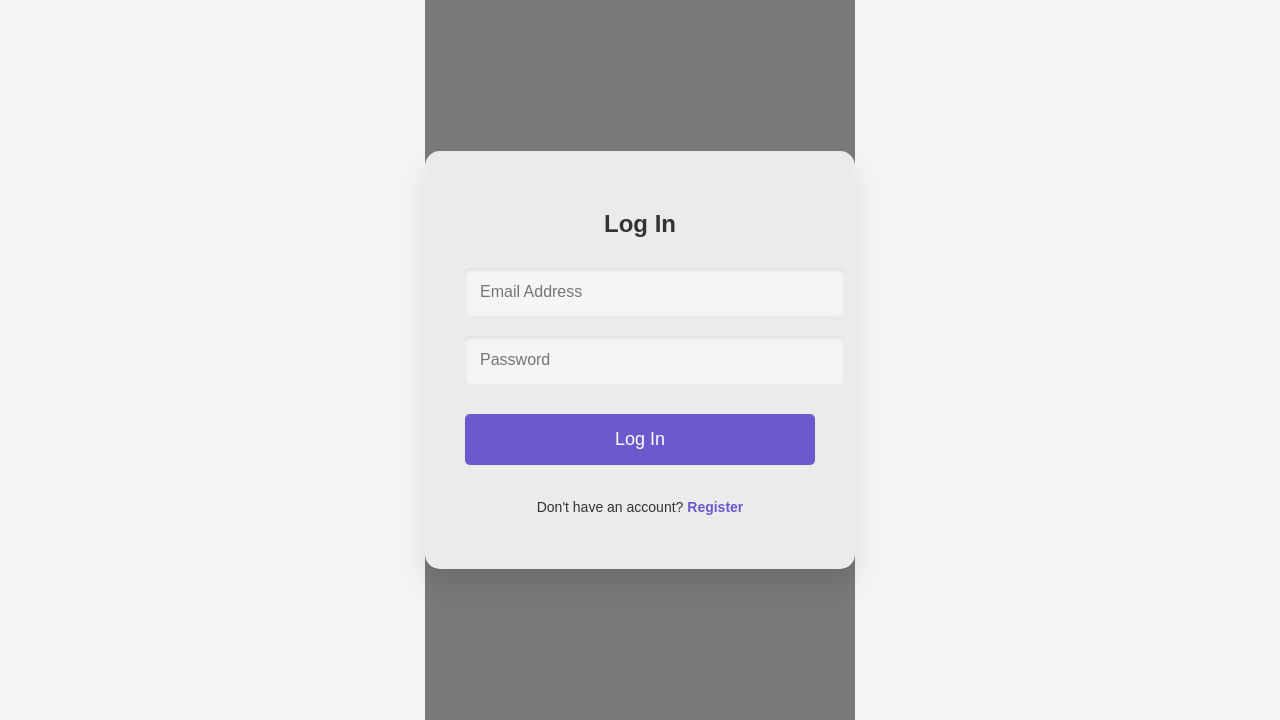
Repository: KabilanCoding/project-nexus
Page: /
An editor plug-in stored every save of this project. The page is shown before and after the next save, followed by the edit.
The browser window is 1280 px wide. The pictures show the whole page.
The project was rebuilt for these pictures with package versions that can differ from the ones it lists, and the page was loaded fresh each time. Also part of the build but not shown: src/components/Signup.js.

Above is the page before, as saved 2024-08-18 14:05:42.
Not found: image/login.jpg

### src/App.js
import React from 'react';
import { BrowserRouter as Router, Route, Routes } from 'react-router-dom';
import Login from './components/Login';
import Signup from './components/Signup';

function App() {
  return (
    <Router>
      <Routes>
        <Route path="/signup" element={<Signup />} />
        <Route path="/" element={<Login />} />
      </Routes>
    </Router>
  );
}

export default App;

### src/components/Login.js
import React from 'react';
import { Link } from 'react-router-dom';
import './Auth.css';

function Login() {
  return (
    <div className="auth-background" style={{ backgroundImage: 'url(../image/login.jpg)' }}>
      <div className="auth-overlay"></div>
      <div className="auth-container">
        <form className="auth-form">
          <h2>Log In</h2>
          <input type="email" placeholder="Email Address" required />
          <input type="password" placeholder="Password" required />
          <button type="submit">Log In</button>
          <p>Don't have an account? <Link to="/signup">Register</Link></p>
        </form>
      </div>
    </div>
  );
}

export default Login;

### src/components/Auth.css
body {
  margin: 0;
  font-family: 'Poppins', sans-serif;
  display: flex;
  justify-content: center;
  align-items: center;
  height: 100vh;
  background-color: #f3f4f6;
}

.auth-background {
  width: 100%;
  height: 100vh;
  background-size: cover;
  background-position: center;
  position: relative;
  display: flex;
  justify-content: center;
  align-items: center;
}

.auth-overlay {
  position: absolute;
  top: 0;
  left: 0;
  width: 100%;
  height: 100%;
  background: rgba(0, 0, 0, 0.5); /* Optional: Darken the background image */
}

.auth-container {
  width: 350px;
  padding: 40px;
  border-radius: 15px;
  box-shadow: 0 15px 25px rgba(0, 0, 0, 0.1);
  background-color: rgba(255, 255, 255, 0.85);
  z-index: 1;
  text-align: center;
}

.auth-form h2 {
  margin-bottom: 20px;
  color: #333;
  font-size: 24px;
  font-weight: bold;
}

.auth-form input {
  width: 100%;
  padding: 15px;
  margin: 10px 0;
  border: none;
  border-radius: 5px;
  outline: none;
  background: rgba(255, 255, 255, 0.5);
  box-shadow: inset 0 2px 4px rgba(0, 0, 0, 0.1);
  font-size: 16px;
  color: #333;
}

.auth-form button {
  width: 100%;
  padding: 15px;
  margin: 20px 0;
  border: none;
  border-radius: 5px;
  background-color: #6a5acd;
  color: white;
  font-size: 18px;
  cursor: pointer;
  transition: background-color 0.3s ease;
}

.auth-form button:hover {
  background-color: #5a4cad;
}

.auth-form p {
  color: #333;
  font-size: 14px;
}

.auth-form a {
  color: #6a5acd;
  text-decoration: none;
  font-weight: bold;
}

.auth-form a:hover {
  text-decoration: underline;
}

Loaded but not shown: public/index.html (common file); src/index.js (common file); src/index.css (common file)

After the next save:
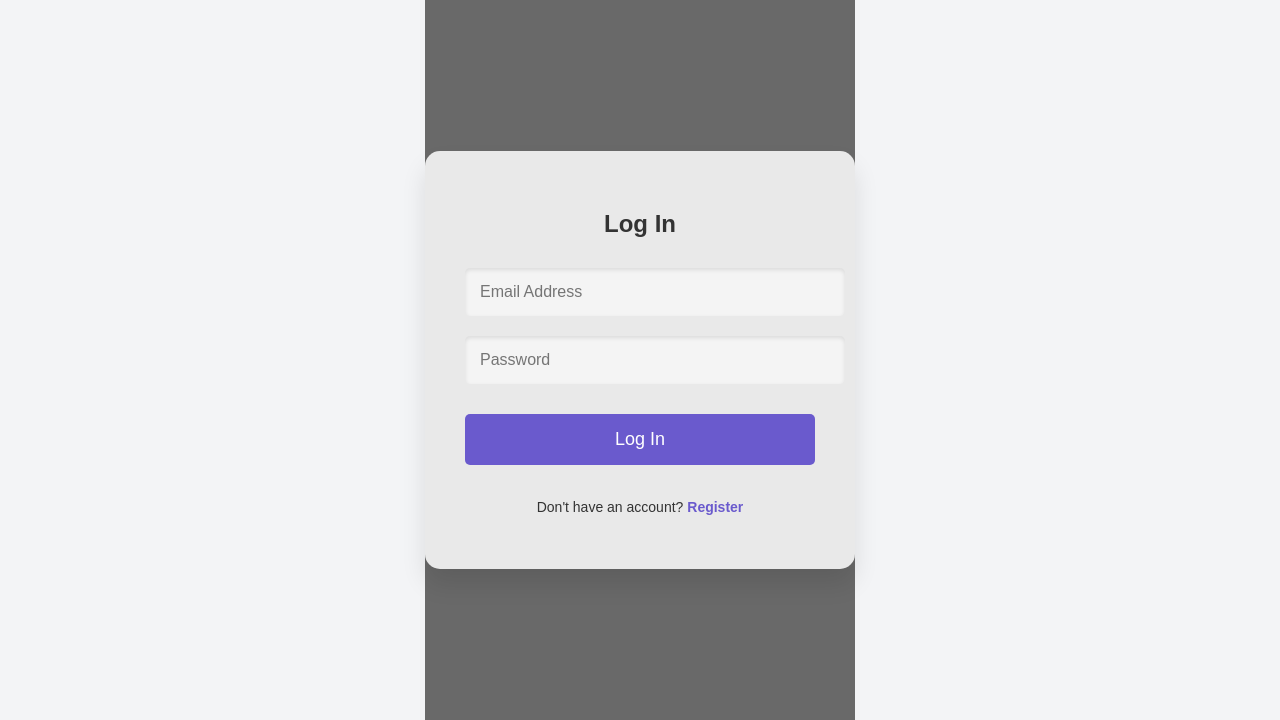
Saved 90 s later.
--- a/src/components/Auth.css
+++ b/src/components/Auth.css
@@ -7,10 +7,11 @@ body {
   height: 100vh;
   background-color: #f3f4f6;
 }
-
 .auth-background {
   width: 100%;
   height: 100vh;
+  background-color: #d3d3d3; /* Light gray color to verify the div is visible */
+  background-image: url('/images/login.jpg');
   background-size: cover;
   background-position: center;
   position: relative;
@@ -18,6 +19,7 @@ body {
   justify-content: center;
   align-items: center;
 }
+
 
 .auth-overlay {
   position: absolute;
